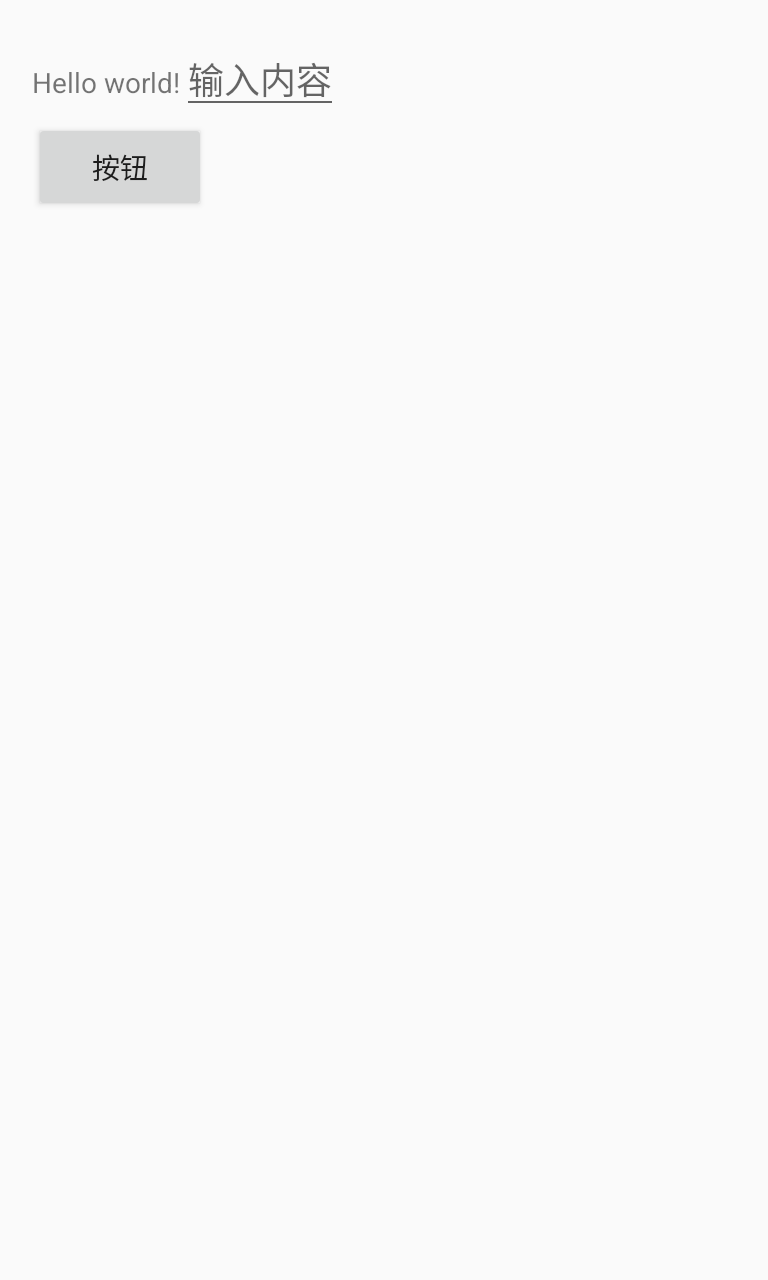
Repository: zzznn/Android_and_java
Layout: work/Sp/res/layout/activity_main.xml
These files come from the project's save history. The layout is drawn as it stood at one moment and after the next save; the edit follows.
It is drawn on a 768 x 1280 px phone screen (xhdpi) without system bars, with theme AppTheme; the app's code is not run.

Above is the layout before, as saved 2018-01-05 03:31:12.

After the next save:
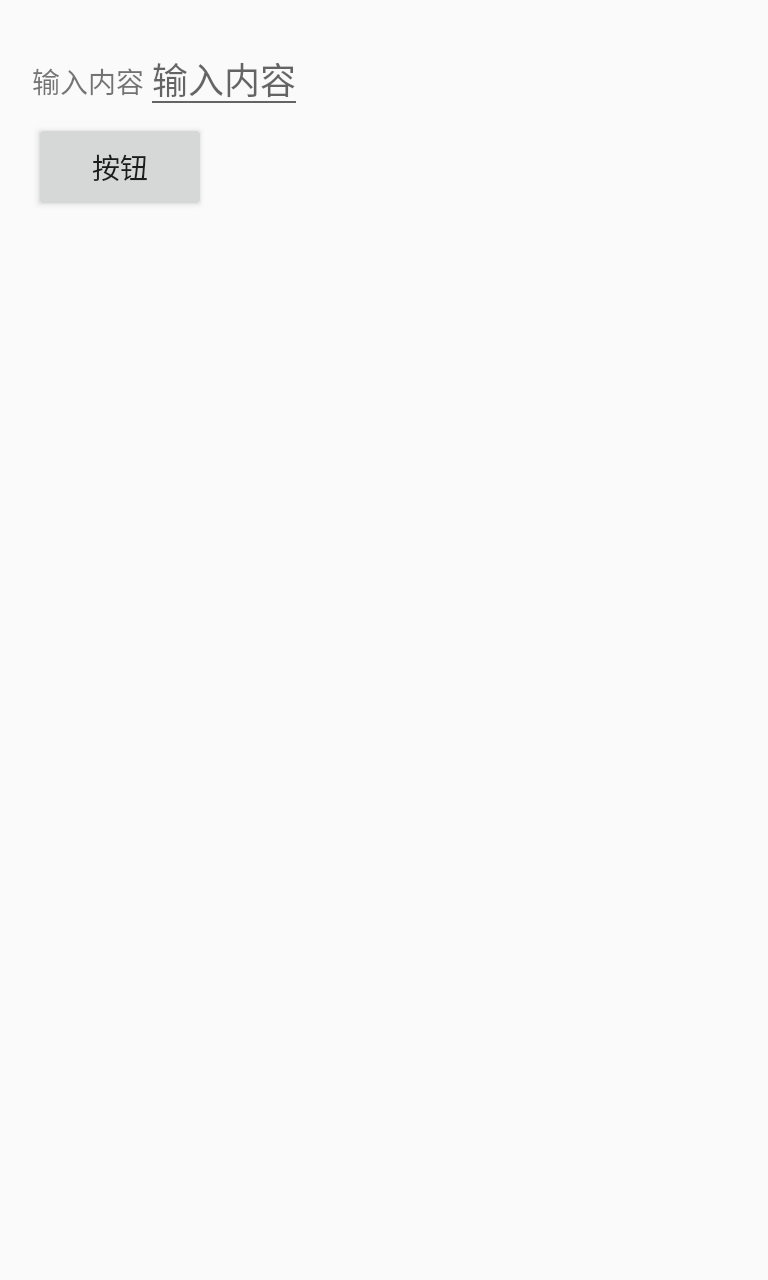
Saved 16 s later.
--- a/work/Sp/res/layout/activity_main.xml
+++ b/work/Sp/res/layout/activity_main.xml
@@ -15,7 +15,7 @@
     <TextView
         android:layout_width="wrap_content"
         android:layout_height="wrap_content"
-        android:text="@string/hello_world" />
+        android:text="输入内容" />
 
     <EditText
         android:id="@+id/et"
